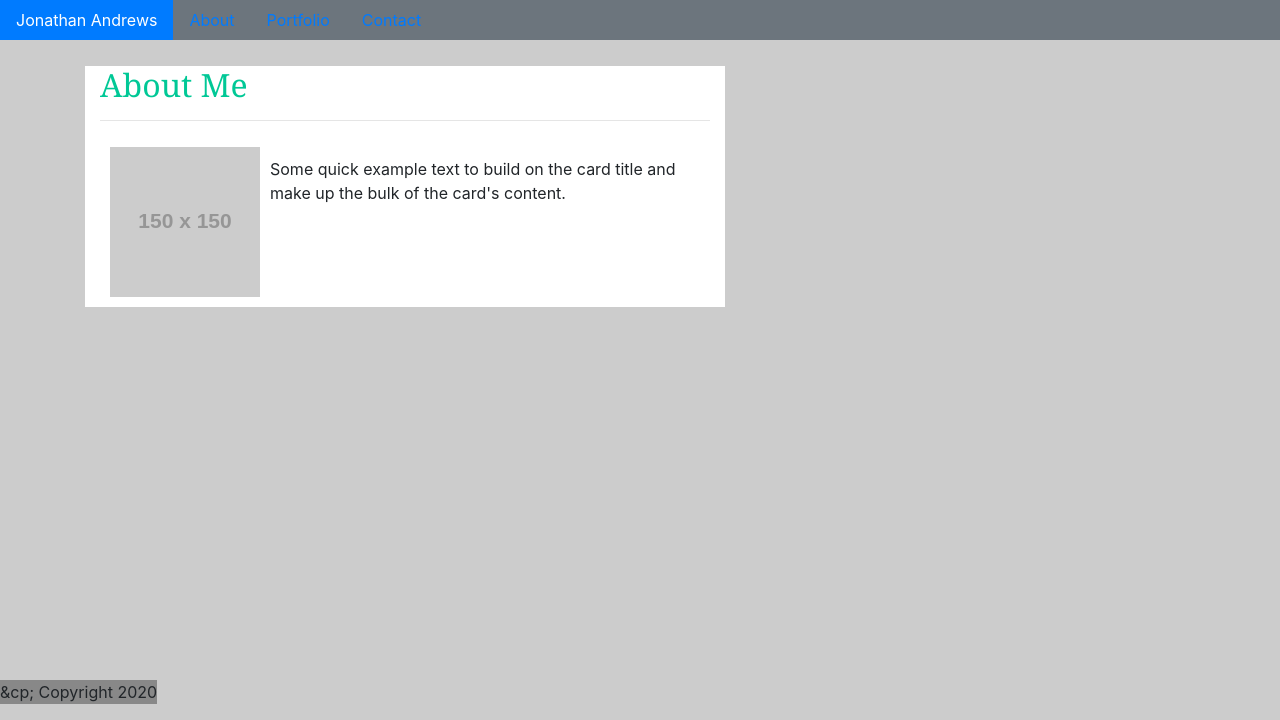
Repository: ionathas78/ionathas78.github.io
Page: index.html
An editor plug-in stored every save of this project. The page is shown before and after the next save, followed by the edit.
The browser window is 1280 px wide. The pictures show the whole page.

Above is the page before, as saved 2020-03-14 21:10:06.

After the next save:
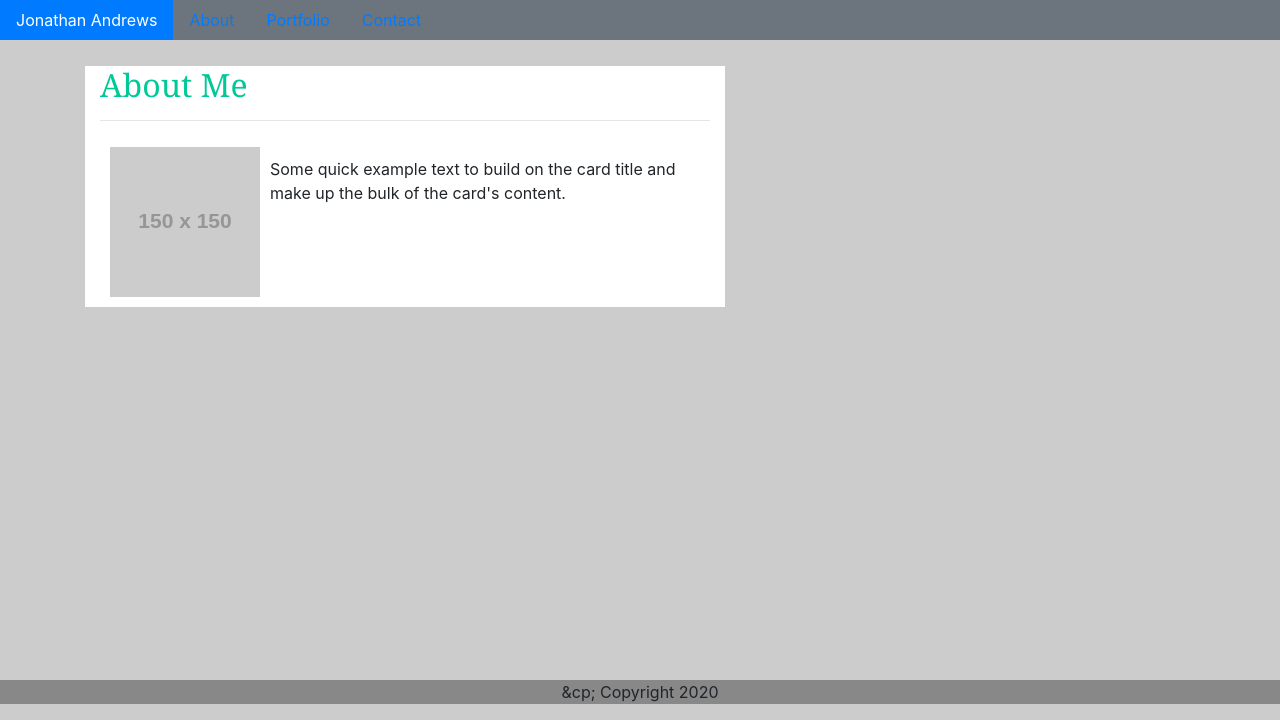
Saved 50 s later.
--- a/index.html
+++ b/index.html
@@ -42,7 +42,13 @@
 
     <footer>
         <footer>
-            <p style="position: fixed; bottom: 0; background-color: #888; text-align: center;">&cp; Copyright 2020</p>
+            <p style="position: fixed;
+                bottom: 0;
+                background-color: #888;
+                text-align: center;
+                width: 100%;">
+                &cp; Copyright 2020
+            </p>
         </footer>
     </footer>
     <!-- JS Scripts -->
